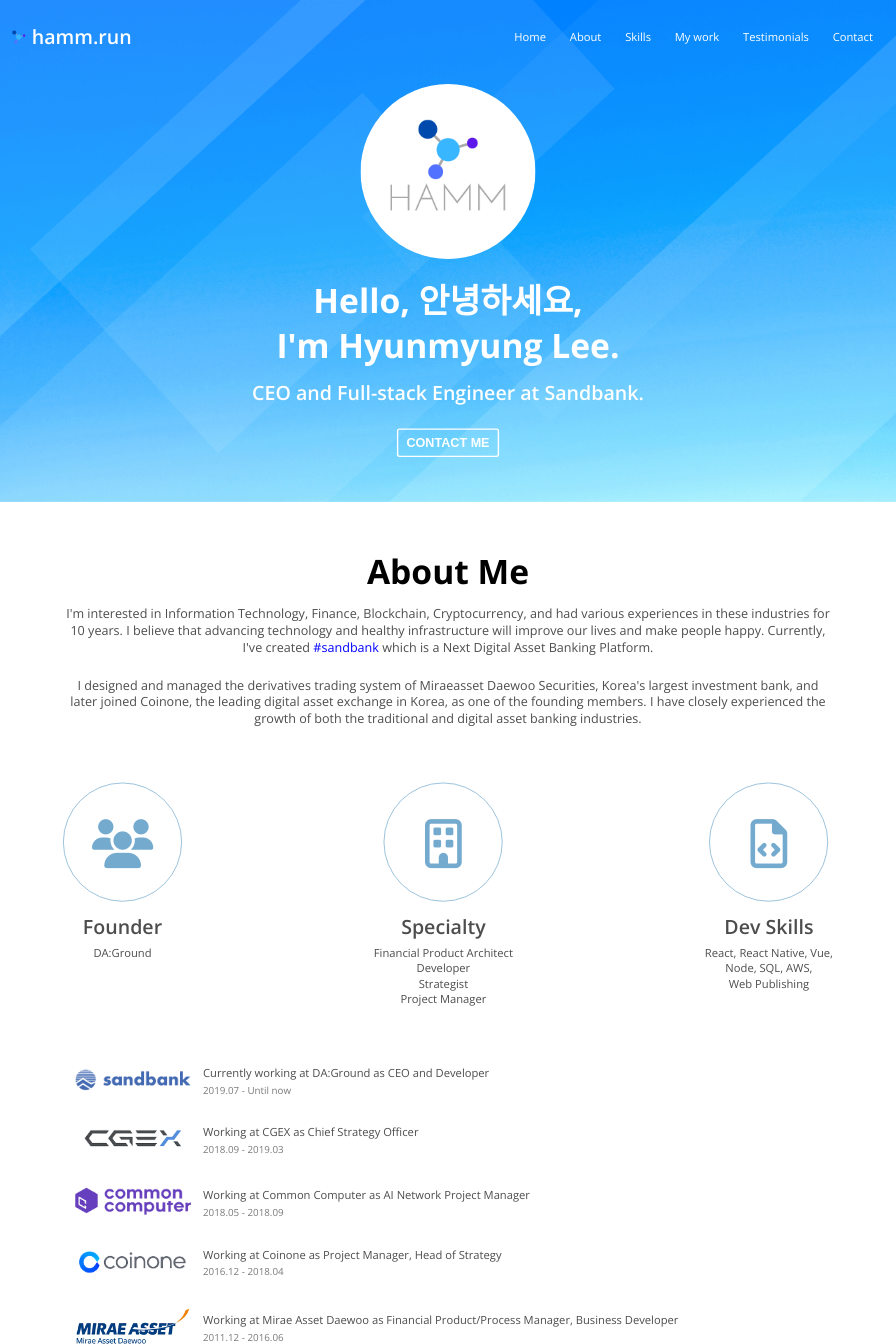
Repository: hammlee/portfolio
Page: index.html
An editor plug-in stored every save of this project. The page is shown before and after the next save, followed by the edit.
The browser window is 1280 px wide. The pictures show the part of the page from y = 0 to 1920 px (the page is 3023 px tall), at 70% of full size.
A picture or video elsewhere on the page could not be fetched, so the positions and the page height are approximate. Some web libraries are served in a nearby version.

Above is the page before, as saved 2021-04-22 21:41:55.
Console error: TypeError: Cannot read properties of null (reading 'addEventListener')

After the next save:
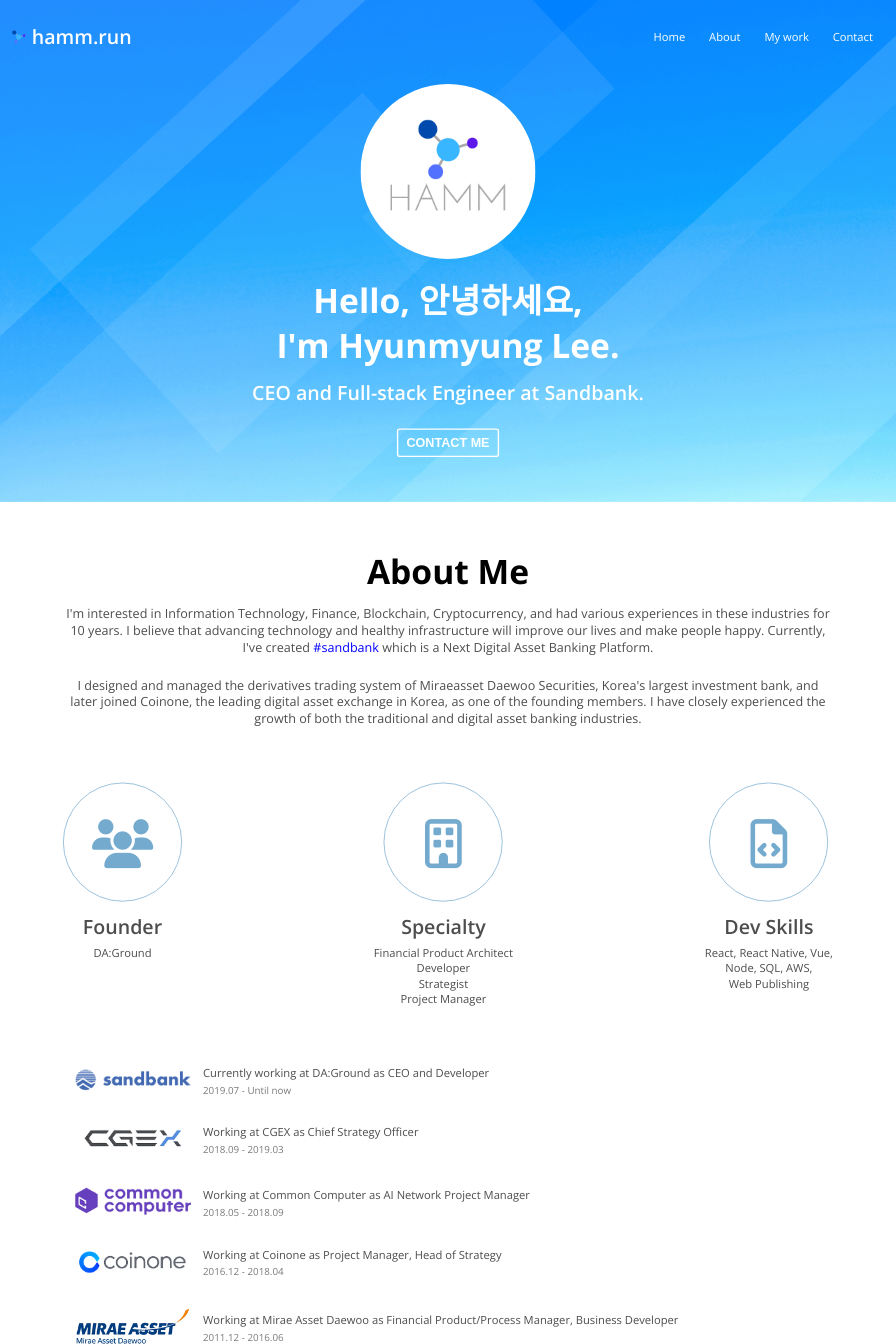
Saved 61 s later.
--- a/index.html
+++ b/index.html
@@ -31,11 +31,11 @@
       <ul class="navbar__menu">
         <li class="navbar__menu__item" data-link="#home">Home</li>
         <li class="navbar__menu__item" data-link="#about">About</li>
-        <li class="navbar__menu__item" data-link="#skills">Skills</li>
+        <!-- <li class="navbar__menu__item" data-link="#skills">Skills</li> -->
         <li class="navbar__menu__item" data-link="#work">My work</li>
-        <li class="navbar__menu__item" data-link="#testimonials">
+        <!-- <li class="navbar__menu__item" data-link="#testimonials">
           Testimonials
-        </li>
+        </li> -->
         <li class="navbar__menu__item" data-link="#contact">Contact</li>
       </ul>
       <!-- Toggle button -->
